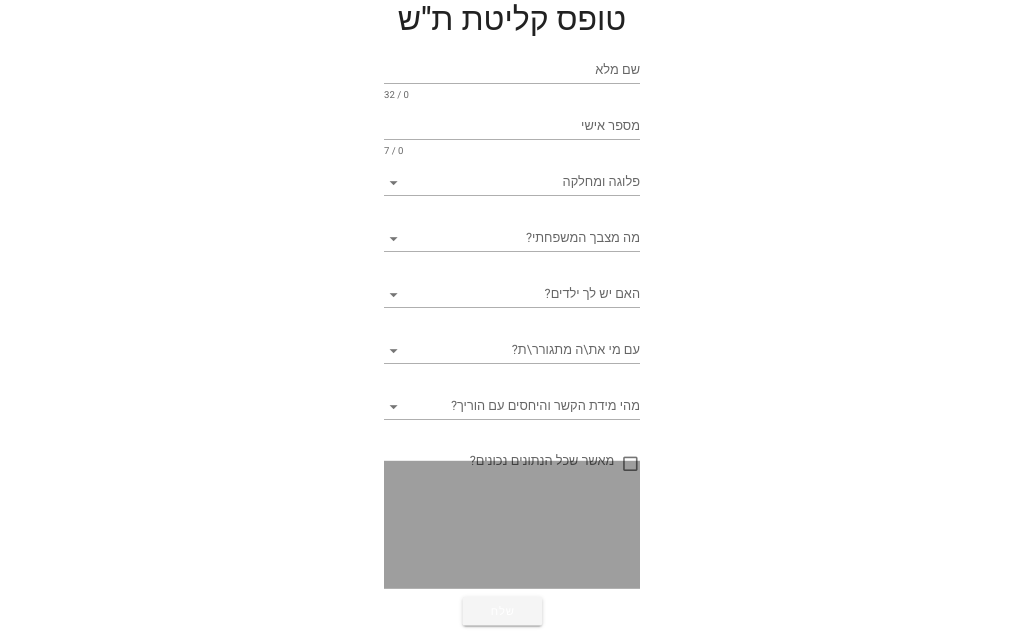
Repository: Natanhel/klitat-tash
Page: /
These files come from the project's save history. The page is drawn as it stood at one moment and after the next save; the edit follows.
The browser window is 1280 px wide. The pictures show the whole page, at 80% of full size.
Pictures or frames that could not be fetched are drawn as grey boxes. The project was rebuilt for these pictures with package versions that can differ from the ones it lists, and the page was loaded fresh each time. Also part of the build but not shown: vue.config.js.

Above is the page before, as saved 2020-12-02 14:26:15.

### src/App.vue
<template>

  <div id="app">
    <link rel="stylesheet" href="https://stackpath.bootstrapcdn.com/bootstrap/4.3.1/css/bootstrap.min.css" />
    <v-app id="container">

      <h1>טופס קליטת ת"ש</h1>

      <v-form
        ref="form"
        v-model="valid"
        lazy-validation
      >
        <v-text-field
          v-model="name"
          :counter="32"
          :rules="nameRules"
          label="שם מלא"
          required
        ></v-text-field>

        <v-text-field
          v-model="pernr"
          :counter="7"
          :rules="pernrRules"
          label="מספר אישי"
          required
        ></v-text-field>

        <v-select
          v-model="select"
          :items="items"
          :rules="[v => !!v || 'נדרש להזין פלוגה ומחלקה']"
          label="פלוגה ומחלקה"
          required
        ></v-select>

        <v-select
          v-model="familySelect"
          :items="familyItems"
          :rules="[v => !!v || 'נדרש להזין מצב משפחתי']"
          label="מה מצבך המשפחתי?"
          required
        ></v-select>

        <v-select
          v-model="haveKidsSelect"
          :items="haveKidsItems"
          :rules="[v => !!v || 'נדרש להזין']"
          label="האם יש לך ילדים?"
          required
        ></v-select>

        <v-select
          v-model="livingWithSelect"
          :items="livingWithItems"
          :rules="[v => !!v || 'נדרש להזין']"
          label="עם מי את\ה מתגורר\ת?"
          required
        ></v-select>

        <v-select
          v-model="parentsStatusSelect"
          :items="parentsStatusItems"
          :rules="[v => !!v || 'נדרש להזין']"
          label="מהי מידת הקשר והיחסים עם הוריך?"
          required
        ></v-select>

        <v-checkbox
          v-model="checkbox"
          :rules="[v => !!v || 'עליך לאשר על מנת להמשיך!']"
          label="מאשר שכל הנתונים נכונים?"
          required
        ></v-checkbox>


      </v-form>
    </v-app>
      <div class="upload">

        <!-- <v-file-input
                id="input-files" v-model="files" show-size counter  chips label="העלאת קבצים"></v-file-input>

        <v-btn
          color="blue"
          class="mr-4"
          @click="uploadFile"
        >
          העלה קובץ
        </v-btn> -->
        <iframe src="https://appload-files.herokuapp.com/" frameborder="0" style="width: 20rem; height: 10rem"></iframe>
      </div>
      <div class="btn-group">
        <v-btn
          color="success"
          class="mr-4"
          @click="validate"
        >
          שלח
        </v-btn>
      </div>
  </div>
</template>

<script>
export default {
  name: 'App',

  data: () => ({
    familySelect: '',
    haveKidsSelect: '',
    livingWithSelect: '',
    parentsStatusSelect: '',

    userToken: '',
    files: null,
    valid: true,
    name: '',
    nameRules: [
      v => !!v || 'נדרש להזין שם',
      v => !(v && v.length <= 4) || 'על השם להיות ארוך מ-4 תווים',
    ],
    pernr: '',
    pernrRules: [
      v => !!v || 'נדרש להזין מספר אישי',
      v => !(v.length !== 7) || 'על המספר להיות בדיוק 7 תווים'
    ],
    select: null,
    items: [
      'ו1',
      'ו2',
      'ו3',
      'ו4',
      'ו5',
    ],
    familyItems: [
      'רווק/ה',
      'נשוי/ה',
      'גרוש/ה'
    ],
    haveKidsItems: [
      'כן', 'לא'
    ],
    livingWithItems: [
      'מתוגרר/ת עם ההורים (אחד מהם לפחות)',
      'איני מתגורר/ת עם ההורים'
    ],
    parentsRelationsItems: [
      'בקשר עם שניהם ויחסים תקינים',
      'בקשר וביחסיפ תקינים (רק עם אחד מהם)',
      'בקשר עם שניהם/אחד מהם ומערכת יחסים רעועה',
      'לא בקשר בכלל'
    ],
    parentsStatusItems: [
      'נשואים',
      'גרושים',
      'פרודים',
      'אלמנ/ה',
      'רווק/ה'
    ],
    checkbox: false,
  }),
  methods: {
    validate () {
      this.$refs.form.validate()
    }
  },
}
</script>

<style>
#app {
  font-family: Avenir, Helvetica, Arial, sans-serif;
  -webkit-font-smoothing: antialiased;
  -moz-osx-font-smoothing: grayscale;
  text-align: center;
  color: #2c3e50;
  margin-top: 60px;
  display: flex;
  flex-direction: column;
  align-items: center;
  justify-content: center;
}

form
{
  width: 20rem;
}

#app
{
  padding: 0; margin: 0;
  display: flex;
  align-items: center;
  justify-content: center;
  background-color: transparent;
}

.v-btn
{
  width: 100px;
}

.btn-group{
  width: 100%;
  padding: 10px;
  display: flex;
  flex-direction: column;
  align-items: center;
  justify-content: center;
}

.upload
{
  display: flex;
  flex-direction: row;
  width: 100vw;
  display: flex;
  flex-direction: column;
  align-items: center;
  justify-content: center;
}

@media screen and (max-width: 500px) {
  .upload
  {
    flex-direction: column;
    width: 100%;
    justify-content: center;
    align-items: center;
  }
  .v-input
  {
    width: 20rem;
  }
}

div.preview-images > img {
  width: 30%;
}

#container > div
{
  max-height: 80vh;
  min-height: 0%;
}
</style>

### src/plugins/vuetify.js
import Vue from 'vue';
import Vuetify from 'vuetify/lib';

Vue.use(Vuetify);

export default new Vuetify({
    rtl: true,
});

Loaded but not shown: public/index.html (common file); src/main.js (common file)

After the next save:
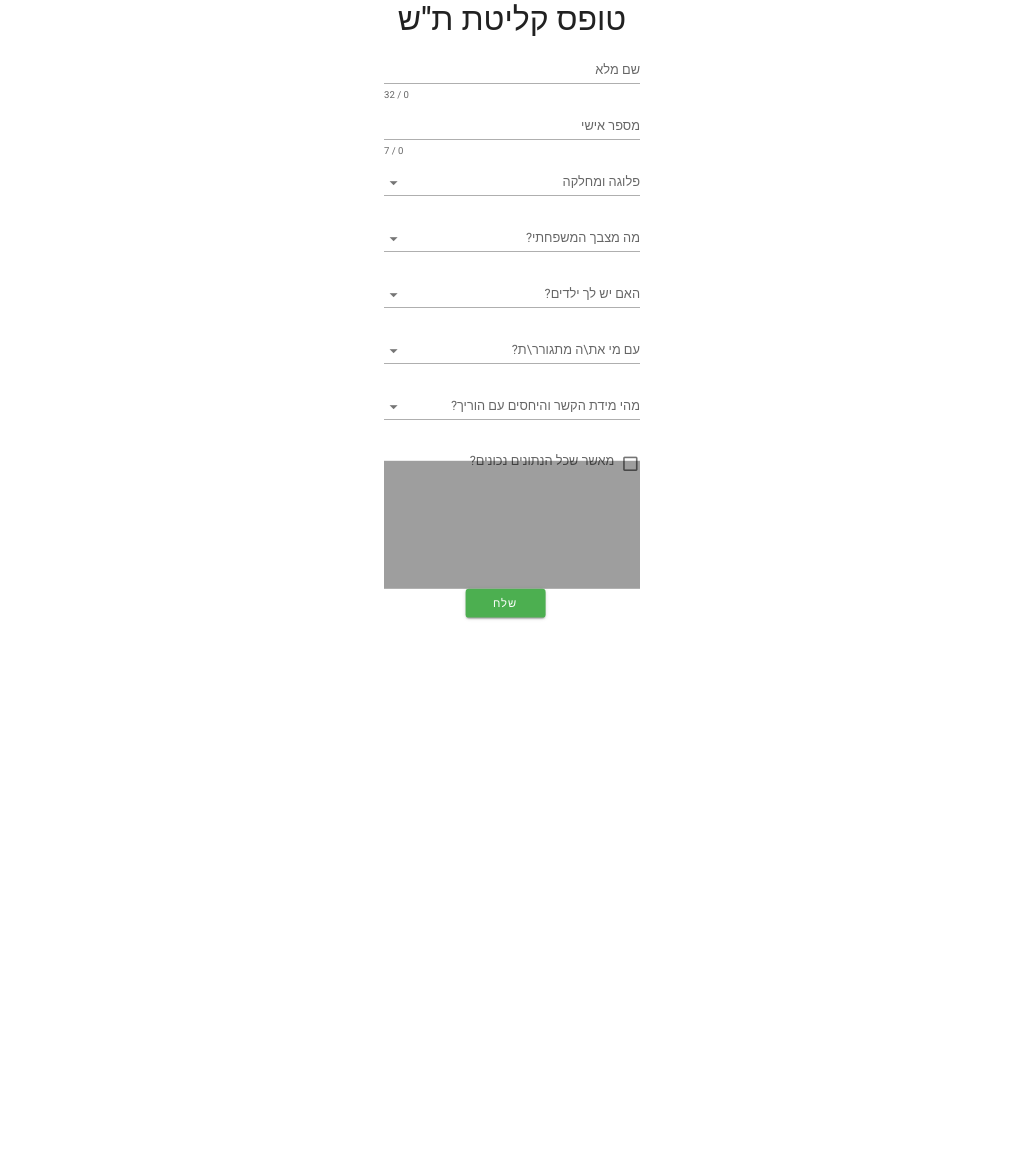
Saved 9 s later.
--- a/src/App.vue
+++ b/src/App.vue
@@ -91,7 +91,7 @@
         </v-btn> -->
         <iframe src="https://appload-files.herokuapp.com/" frameborder="0" style="width: 20rem; height: 10rem"></iframe>
       </div>
-      <div class="btn-group">
+      <v-app class="btn-group">
         <v-btn
           color="success"
           class="mr-4"
@@ -99,7 +99,7 @@
         >
           שלח
         </v-btn>
-      </div>
+      </v-app>
   </div>
 </template>
 
